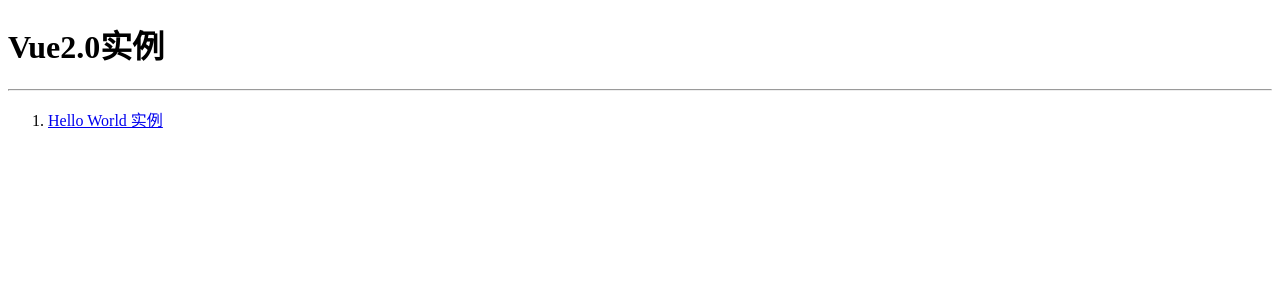
Repository: 13982720426/vue2.0-LearningNotes
Page: index.html
These files come from the project's save history. The page is drawn as it stood at one moment and after the next save; the edit follows.
The browser window is 1280 px wide. The pictures show the whole page.

Above is the page before, as saved 2021-06-16 20:20:01.

After the next save:
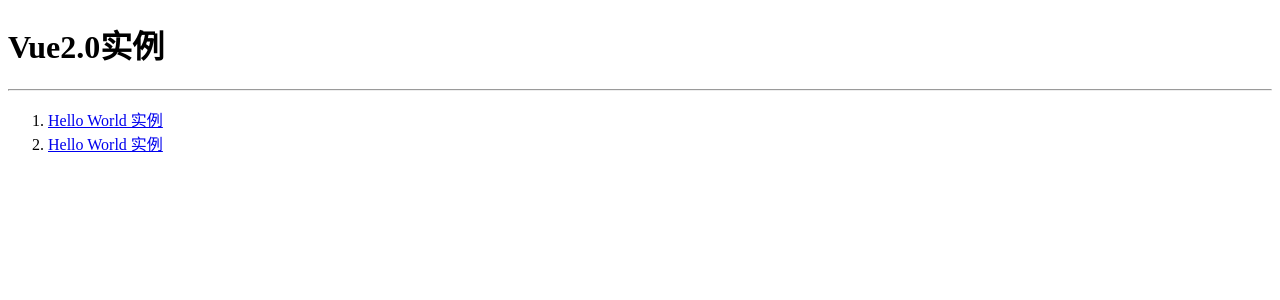
Saved 37 min 9 s later.
--- a/index.html
+++ b/index.html
@@ -11,6 +11,7 @@
     <hr />
     <ol>
       <li><a href="./example/helloworld.html">Hello World 实例</a></li>
+      <li><a href="./example/helloworld.html">Hello World 实例</a></li>
     </ol>
   </body>
 </html>
